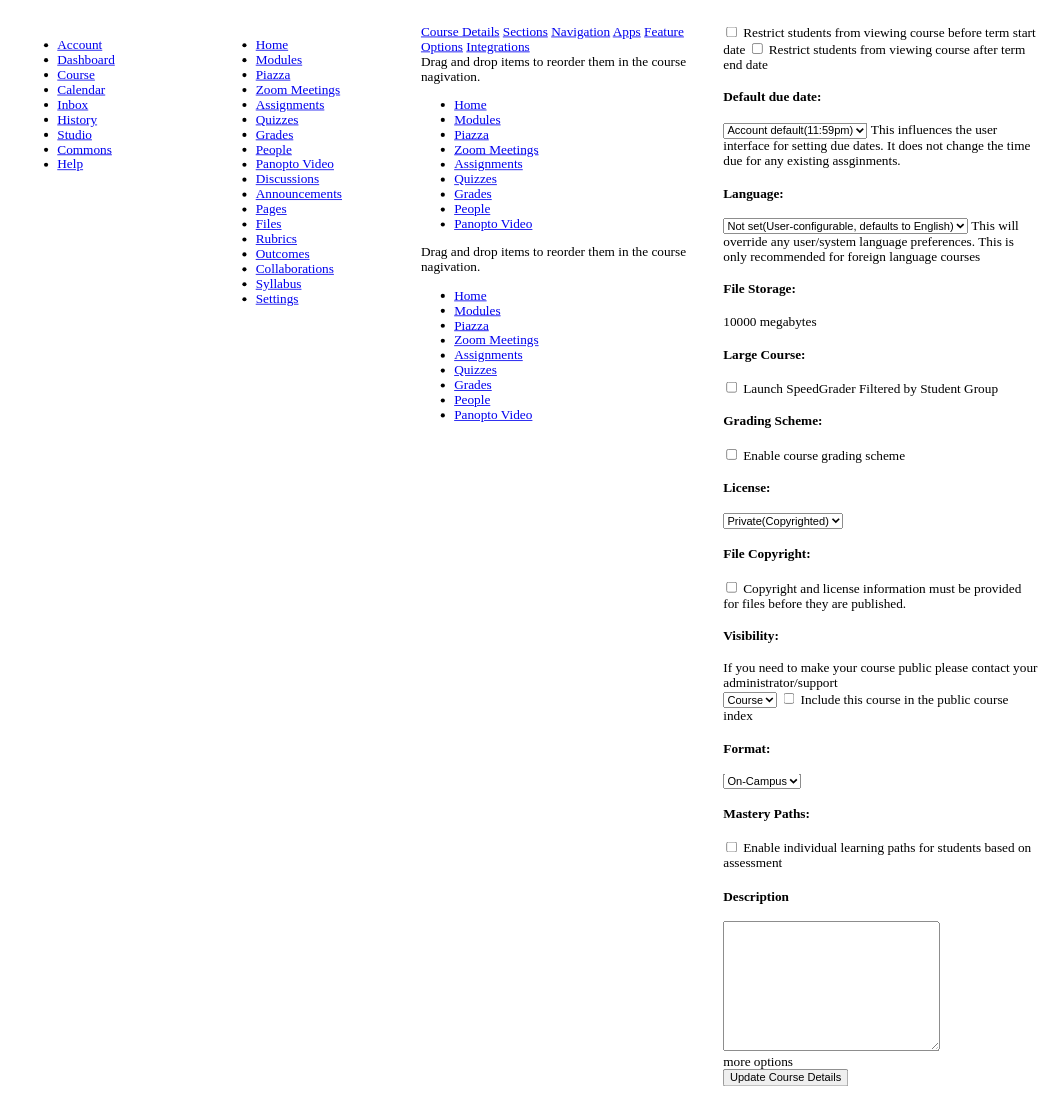
Repository: yuqiant/kanbas-react-web-app
Page: public/kanbas/navigationtab.html
An editor plug-in stored every save of this project. The page is shown before and after the next save, followed by the edit.
The browser window is 1280 px wide. The pictures show the whole page, at 83% of full size.

Above is the page before, as saved 2023-09-16 16:17:13.

After the next save:
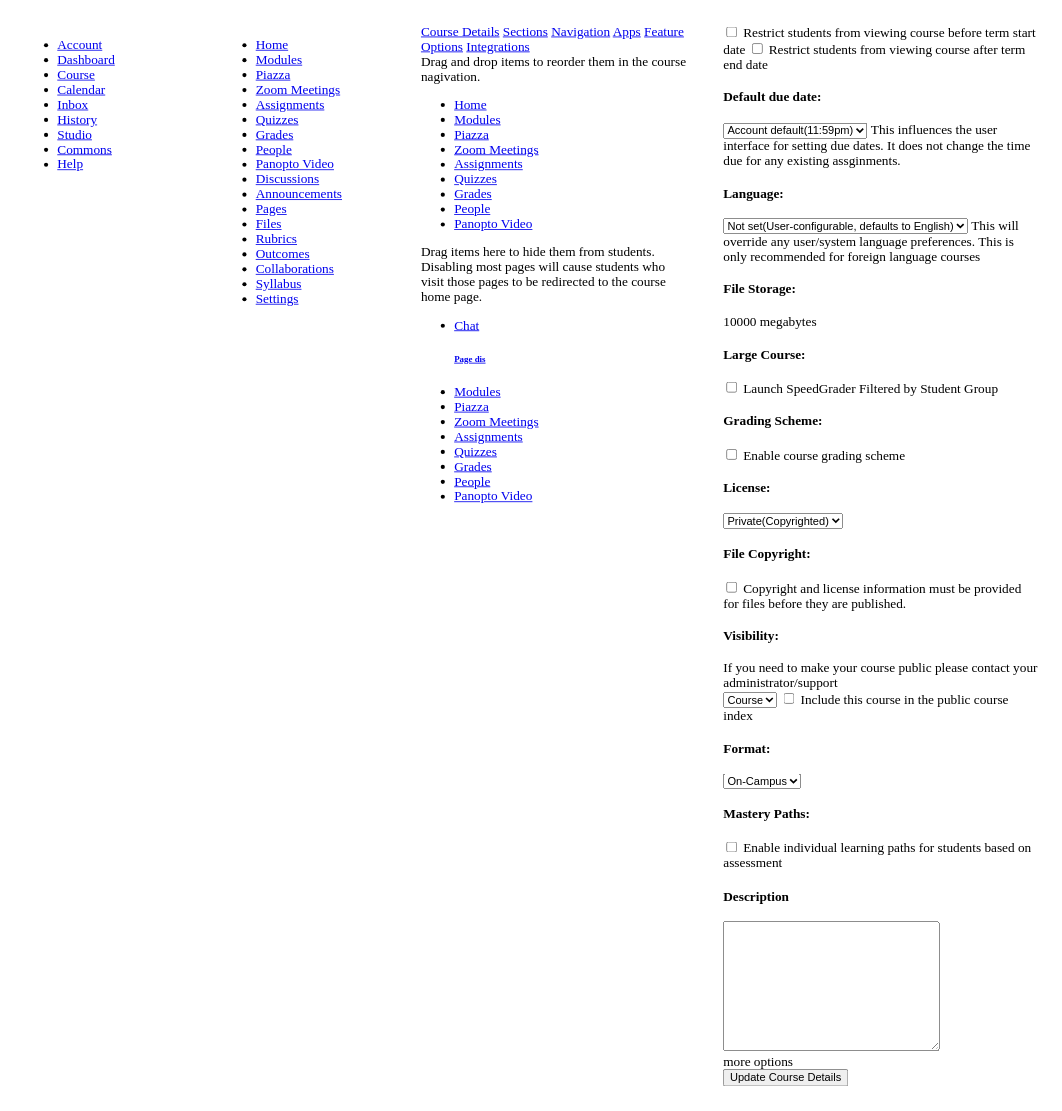
Saved 2 min 19 s later.
--- a/public/kanbas/navigationtab.html
+++ b/public/kanbas/navigationtab.html
@@ -79,9 +79,10 @@
                     <li><a href="#">Panopto Video</a></li>
                 </ul>
 
-                <div>Drag and drop items to reorder them in the course nagivation.</div>
+                <div>Drag items here to hide them from students.</div>
+                Disabling most pages will cause students who visit those pages to be redirected to the course home page.
                 <ul>
-                    <li><a href="#">Home</a></li>
+                    <li><a href="#">Chat<h6>Page dis</h6></a></li>
                     <li><a href="#">Modules</a></li>
                     <li><a href="#">Piazza</a></li>
                     <li><a href="#">Zoom Meetings</a></li>
